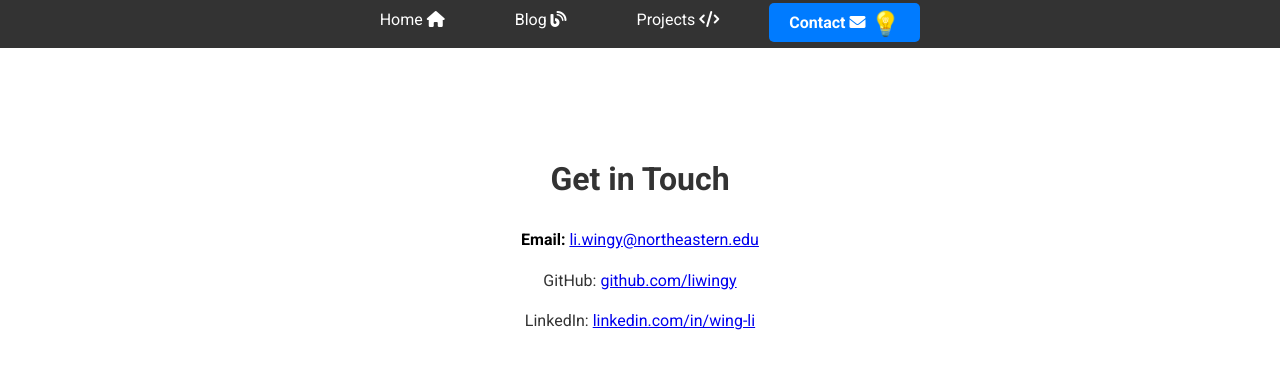
Repository: liwingy/cs5610_fall24_project1
Page: contact.html
These files come from the project's save history. The page is drawn as it stood at one moment and after the next save; the edit follows.
The browser window is 1280 px wide. The pictures show the whole page.

Above is the page before, as saved 2024-10-07 21:44:51.

After the next save:
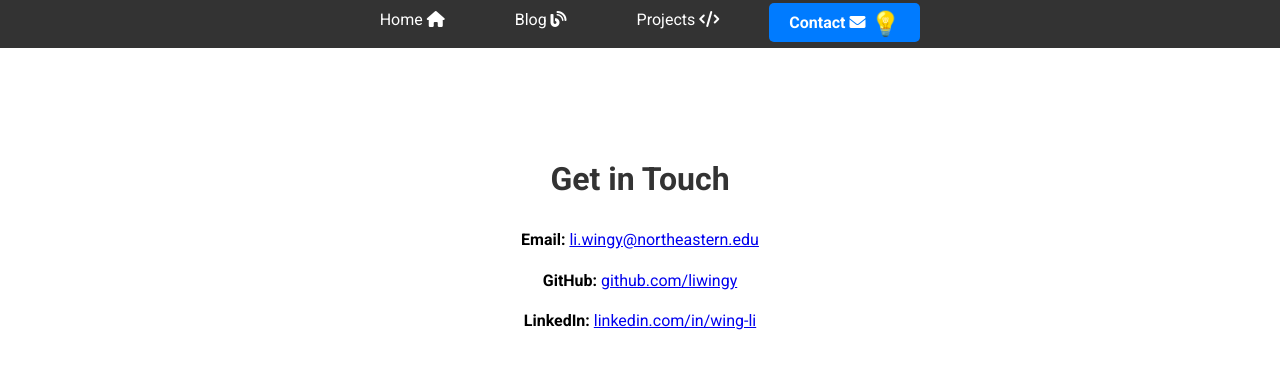
Saved 92 s later.
--- a/contact.html
+++ b/contact.html
@@ -24,8 +24,8 @@
                     <h2>Get in Touch</h2>
                     <br>
                     <p><span class="highlight">Email:</span> <a href="mailto:li.wingy@northeastern.edu">li.wingy@northeastern.edu</a></p>
-                    <p><span class="highlight"></span>GitHub:</span> <a href="https://github.com/liwingy" target="_blank">github.com/liwingy</a></p>
-                    <p><span class="highlight"></span>LinkedIn:</span> <a href="https://linkedin.com/in/wing-li" target="_blank">linkedin.com/in/wing-li</a></p>
+                    <p><span class="highlight">GitHub:</span> <a href="https://github.com/liwingy" target="_blank">github.com/liwingy</a></p>
+                    <p><span class="highlight">LinkedIn:</span> <a href="https://linkedin.com/in/wing-li" target="_blank">linkedin.com/in/wing-li</a></p>
                 </div>
             </div>
         </section>
